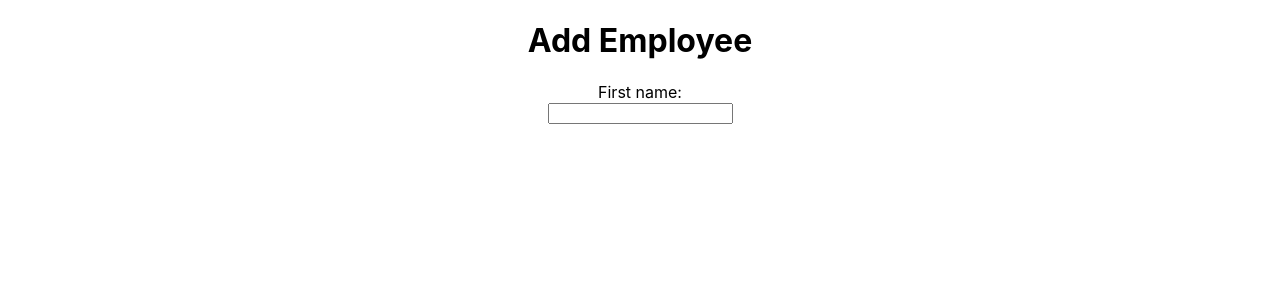
Repository: Biniyamkb/Evangadi-forum
Page: /addemployee (app in demoapp/frontend/)
An editor plug-in stored every save of this project. The page is shown before and after a run of saves, followed by the edit.
The browser window is 1280 px wide. The pictures show the whole page.
The project was rebuilt for these pictures with package versions that can differ from the ones it lists, and the page was loaded fresh each time. Also part of the build but not shown: demoapp/frontend/src/Pages/Home.js, demoapp/frontend/src/Pages/Login.js.

Above is the page before, as saved 2025-05-04 22:02:21.

### demoapp/frontend/src/index.js
import React from "react";
import ReactDOM from "react-dom/client";
import "./index.css";
import App from "./App";
import reportWebVitals from "./reportWebVitals";
//import the Router from react-router-dom
import { BrowserRouter } from "react-router-dom";
const root = ReactDOM.createRoot(document.getElementById("root"));
root.render(
  <React.StrictMode>
    <BrowserRouter>
      <App />
    </BrowserRouter>
  </React.StrictMode>
);

// If you want to start measuring performance in your app, pass a function
// to log results (for example: reportWebVitals(console.log))
// or send to an analytics endpoint. Learn more: https://bit.ly/CRA-vitals
reportWebVitals();

### demoapp/frontend/src/App.js
import "./App.css";
//import the Router from react-router-dom
import { Routes, Route } from "react-router";
import Home from "./Pages/Home";
import Login from "./Pages/Login";
import AddEmployee from "./Pages/AddEmployee";
function App() {
  return (
    <div className="App">
      <Routes>
        <Route path="/" element={<Home />} />
        <Route path="/addemployee" element={<AddEmployee />} />
        <Route path="/login" element={<Login />} />
      </Routes>
    </div>
  );
}

export default App;

### demoapp/frontend/src/Pages/AddEmployee.js
import React from 'react'

function AddEmployee() {
  return (
    <div>
    < h1>Add Employee</h1>
    <form>
        <label htmlFor="fname">First name:</label><br/>
        <input type="text" id="fname" name="fname"/><br/>

    </form>
    </div>
  )
}

export default AddEmployee

Loaded but not shown: demoapp/frontend/public/index.html (common file); demoapp/frontend/src/index.css (common file); demoapp/frontend/src/reportWebVitals.js (common file); demoapp/frontend/src/App.css (common file)

After the next 3 saves:
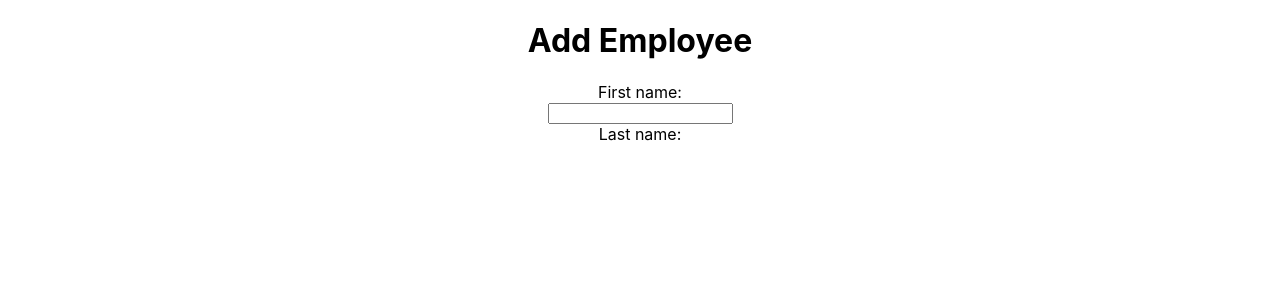
The 3 saves are shown as one change because 1 did not build or start and some came seconds apart.
The last was saved 25 s later.
--- a/demoapp/frontend/src/Pages/AddEmployee.js
+++ b/demoapp/frontend/src/Pages/AddEmployee.js
@@ -7,7 +7,7 @@ function AddEmployee() {
     <form>
         <label htmlFor="fname">First name:</label><br/>
         <input type="text" id="fname" name="fname"/><br/>
-
+        <label htmlFor="lname">Last name:</label><br/>
     </form>
     </div>
   )
